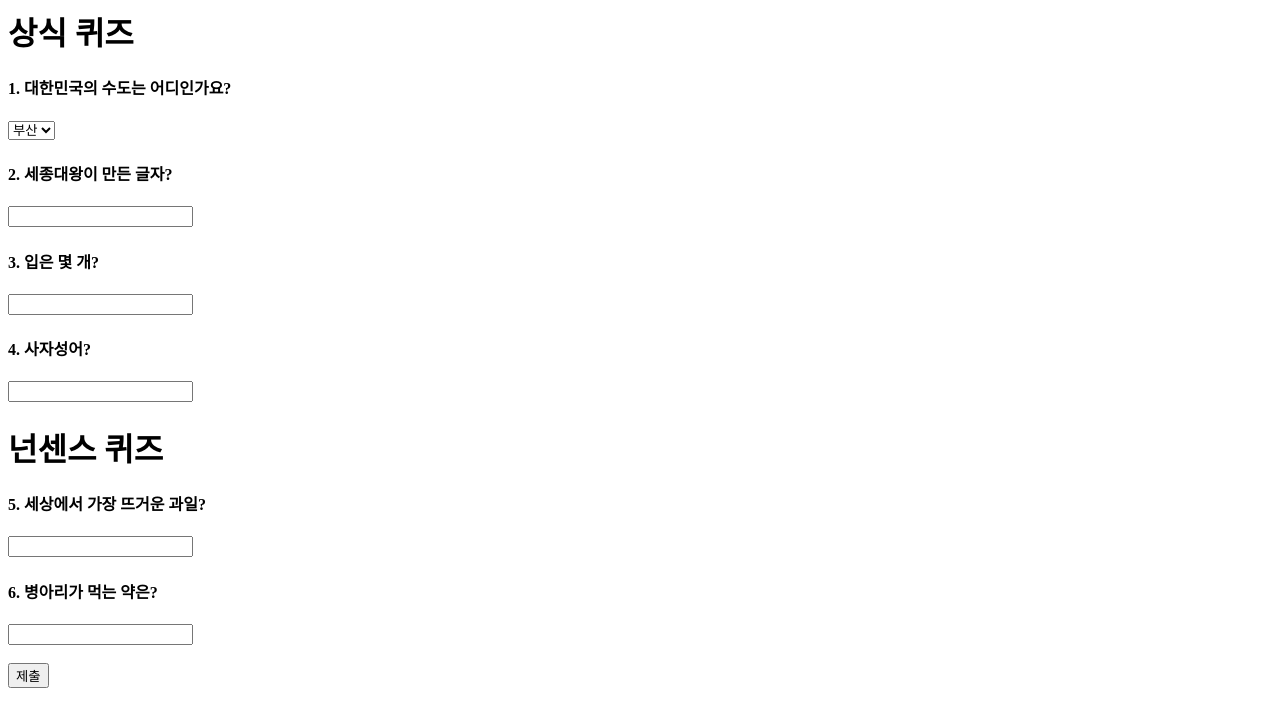
Repository: smallomg/bg-spring
Page: http://localhost/portfolioEx/WEB-INF/views/quiz.jsp
An editor plug-in stored every save of this project. The page is shown before and after the next save, followed by the edit.
The browser window is 1280 px wide. The pictures show the whole page.
The page is served by Tomcat 9. Nobody is signed in. Other server files are loaded and not shown. The template is opened directly, without the code that normally fills it, so the values that code supplies are empty.

Above is the page before, as saved 2025-05-16 07:49:22.
Console error: TypeError: Cannot set properties of null (setting 'innerHTML')

### ldy_spring/portfolioEx/src/main/webapp/WEB-INF/views/quiz.jsp
<%@ page contentType="text/html;charset=UTF-8"%>
<%@ taglib prefix="form" uri="http://www.springframework.org/tags/form"%>
<html>
<head>
<title>퀴즈</title>
</head>
<body>
	<h1>상식 퀴즈</h1>

	<form:form method="post" action="/submit" modelAttribute="quiz">
		<h4>1. 대한민국의 수도는 어디인가요?</h4>
		<form:select path="q1">
			<form:option value="부산">부산</form:option>
			<form:option value="인천">인천</form:option>
			<form:option value="서울">서울</form:option>
			<form:option value="대전">대전</form:option>
		</form:select>

		<h4>2. 세종대왕이 만든 글자?</h4>
		<form:input path="q2" />

		<h4>3. 입은 몇 개?</h4>
		<form:input path="q3" />

		<h4>4. 사자성어?</h4>
		<form:input path="q4" />

		<h1>넌센스 퀴즈</h1>
		<h4>5. 세상에서 가장 뜨거운 과일?</h4>
		<form:input path="q5" />

		<h4>6. 병아리가 먹는 약은?</h4>
		<form:input path="q6" />

		<br>
		<br>
		<input type="submit" value="제출" />
	</form:form>

	<p id="timer" style="color: red; font-weight: bold;"></p>

	<script>
	function startTimer() {
        let cnt = 3600;
        let plus = false;

        const demo = document.getElementById('demo');

        const intervalId = setInterval(() => {

            demo.innerHTML = Math.floor(cnt / 60) + "분" + (cnt % 60) + "초 후 초기화가됩니다";
            if (cnt === 0 && !plus) {
                document.getElementById("sessionModal").style.display = "block";
                plus = true;
                alert("초기화가 됩니다")
                clearInterval(intervalId);
                document.getElementById("q1").value = "1"
                document.getElementById("q2").value = "";
                document.getElementById("q3").value = "";
                document.getElementById("q4").value = "";
                document.getElementById("q5").value = "";
                document.getElementById("q6").value = "";
                document.getElementById("result").innerText = "";
                document.getElementById("result2").innerText = "";
                demo.innerText = "";

                startTimer();
            }
            else {

            }
            cnt--;

        }, 1000);
    }




    startTimer();
</script>

</body>
</html>

After the next save:
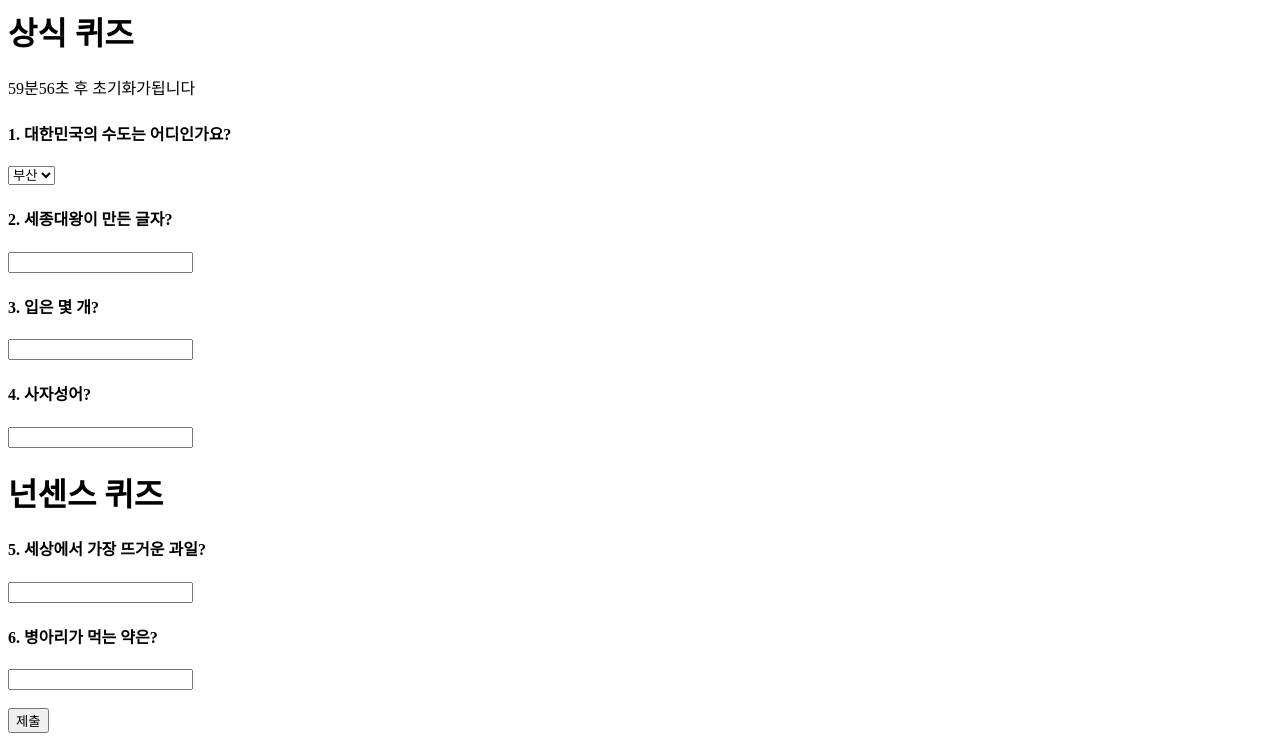
The error is gone.
Saved 16 s later.
--- a/ldy_spring/portfolioEx/src/main/webapp/WEB-INF/views/quiz.jsp
+++ b/ldy_spring/portfolioEx/src/main/webapp/WEB-INF/views/quiz.jsp
@@ -6,7 +6,7 @@
 </head>
 <body>
 	<h1>상식 퀴즈</h1>
-
+	<p id="demo"></p>
 	<form:form method="post" action="/submit" modelAttribute="quiz">
 		<h4>1. 대한민국의 수도는 어디인가요?</h4>
 		<form:select path="q1">
